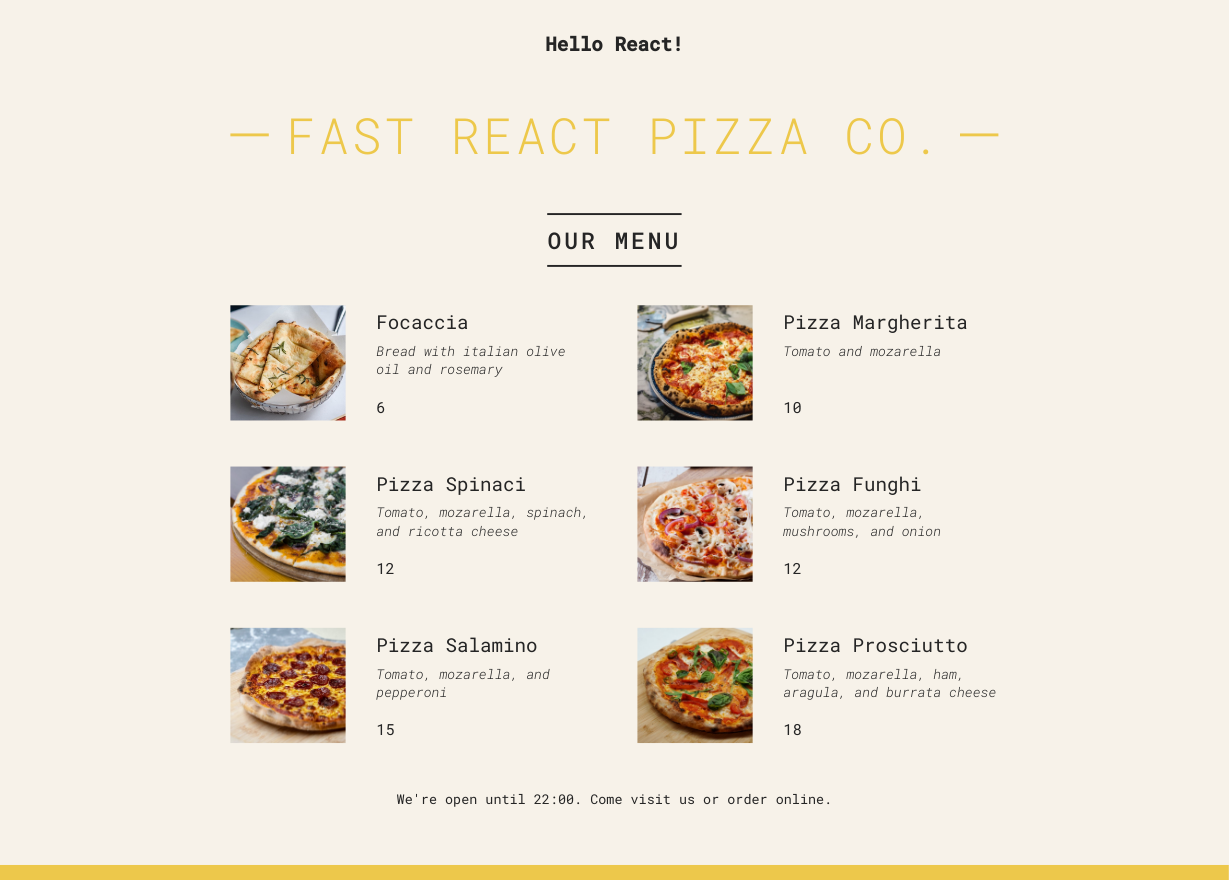
Repository: Alphosmart/03_pizza-menu
Page: /
The author's editor kept a copy of each file at every save. The page is drawn from the files as they stood at one save, then again after the next save.
The browser window is 1280 px wide. The pictures show the whole page, at 96% of full size.
The project was rebuilt for these pictures with package versions that can differ from the ones it lists, and the page was loaded fresh each time.

Above is the page before, as saved 2024-06-01 23:43:13.

### src/index.js
import React from "react";
import ReactDOM from "react-dom/client";
import "./index.css";

const pizzaData = [
  {
    name: "Focaccia",
    ingredients: "Bread with italian olive oil and rosemary",
    price: 6,
    photoName: "pizzas/focaccia.jpg",
    soldOut: false,
  },
  {
    name: "Pizza Margherita",
    ingredients: "Tomato and mozarella",
    price: 10,
    photoName: "pizzas/margherita.jpg",
    soldOut: false,
  },
  {
    name: "Pizza Spinaci",
    ingredients: "Tomato, mozarella, spinach, and ricotta cheese",
    price: 12,
    photoName: "pizzas/spinaci.jpg",
    soldOut: false,
  },
  {
    name: "Pizza Funghi",
    ingredients: "Tomato, mozarella, mushrooms, and onion",
    price: 12,
    photoName: "pizzas/funghi.jpg",
    soldOut: false,
  },
  {
    name: "Pizza Salamino",
    ingredients: "Tomato, mozarella, and pepperoni",
    price: 15,
    photoName: "pizzas/salamino.jpg",
    soldOut: true,
  },
  {
    name: "Pizza Prosciutto",
    ingredients: "Tomato, mozarella, ham, aragula, and burrata cheese",
    price: 18,
    photoName: "pizzas/prosciutto.jpg",
    soldOut: false,
  },
];

function App() {
  return (
    <div className="container">
      <h1>Hello React!</h1>
      <Header />
      <Menu />
      <Footer />
    </div>
  );
}

function Header() {
  // const style = { color: "red", fontSize: "48px", textTransform: "Uppercase" };
  const style = {};
  return (
    <header className="header">
      <h1 style={style}>Fast React Pizza Co.</h1>
    </header>
  );
}

function Menu() {
  return (
    <main className="menu">
      <h2>Our Menu</h2>

      <ul className="pizzas">
        {pizzaData.map((pizza) => (
          <Pizza pizzaObj={pizza} key={pizza.name} />
        ))}
      </ul>
      {/* <Pizza
        name="Pizza Spinaci"
        ingredients="Tomato, mozarella, spinach, and ricotta cheese"
        photoName="pizzas/spinaci.jpg"
        price={10}
      />
      <Pizza
        name="Pizza Funghi"
        ingredients="Tomato, mushrooms"
        price={12}
        photoName="pizzas/funghi.jpg"
      /> */}
    </main>
  );
}

function Pizza(props) {
  console.log(props);
  return (
    <li className="pizza">
      <img src={props.pizzaObj.photoName} alt={props.pizzaObj.name} />

      <div>
        <h3>{props.pizzaObj.name}</h3>
        <p>{props.pizzaObj.ingredients}</p>
        <span>{props.pizzaObj.price}</span>
      </div>
    </li>
  );
}
function Footer() {
  const hour = new Date().getHours();
  const openHour = 12;
  const closeHour = 22;
  const isOpen = hour >= openHour && hour <= closeHour;
  console.log(isOpen);
  // if (hour >= openHour && hour <= closeHour) alert("We're currently open!");
  // else alert("Sorry We're closed!");
  return (
    <footer className="footer">
      {isOpen && (
        <div className="order">
          <p>
            {" "}
            We're open until {closeHour}:00. Come visit us or order online.
          </p>
        </div>
      )}
    </footer>
  );

  // return React.createElement("footer", null, "We're currently open!");
}

// React v18
const root = ReactDOM.createRoot(document.getElementById("root"));
root.render(
  <React.StrictMode>
    <App />
  </React.StrictMode>
); // or root.render<App />);

//React before v18
// React.render(<App />, document.getElementById("root"));

Loaded but not shown: public/index.html (common file); src/index.css (common file)

After the next save:
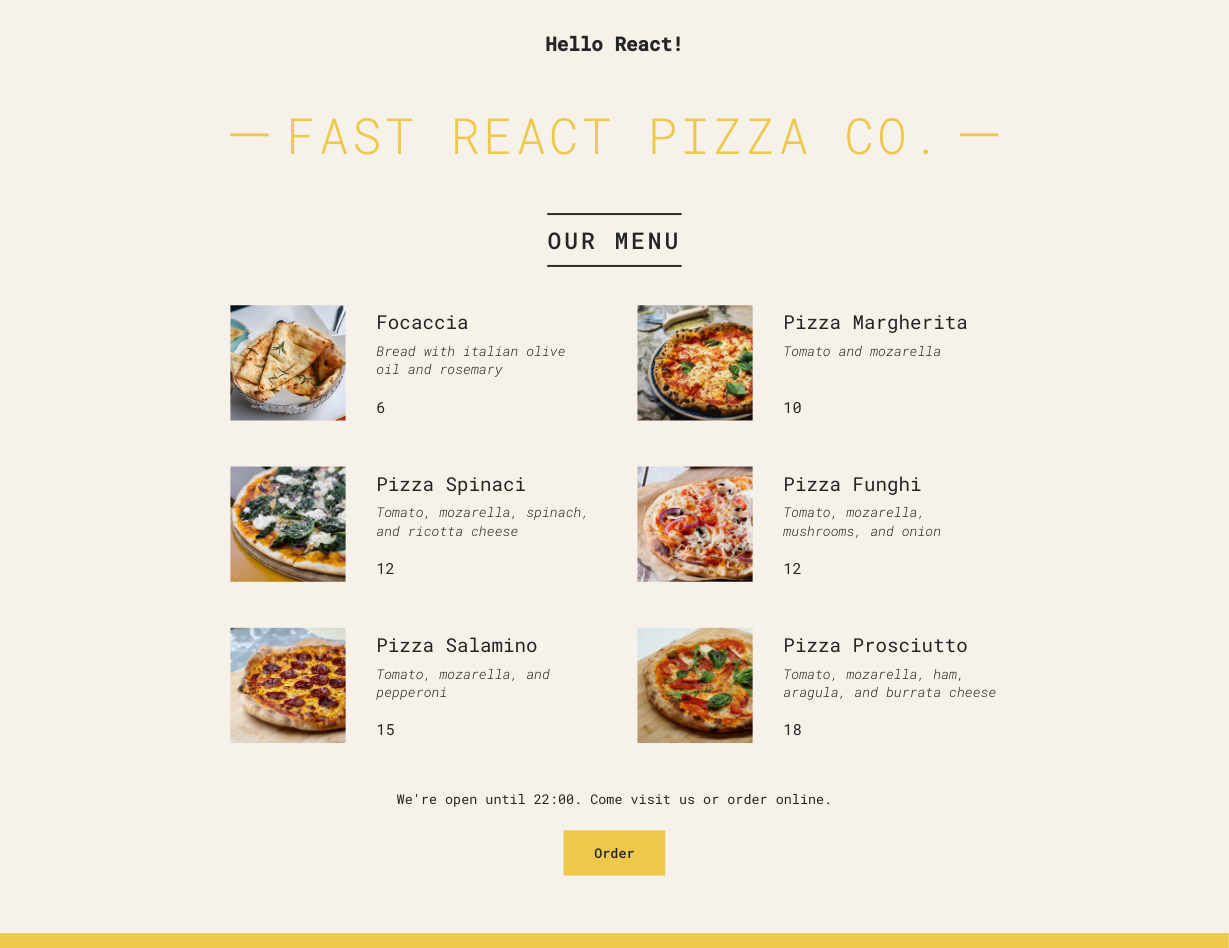
Saved 63 s later.
--- a/src/index.js
+++ b/src/index.js
@@ -124,6 +124,7 @@ function Footer() {
             {" "}
             We're open until {closeHour}:00. Come visit us or order online.
           </p>
+          <button className="btn">Order</button>
         </div>
       )}
     </footer>
